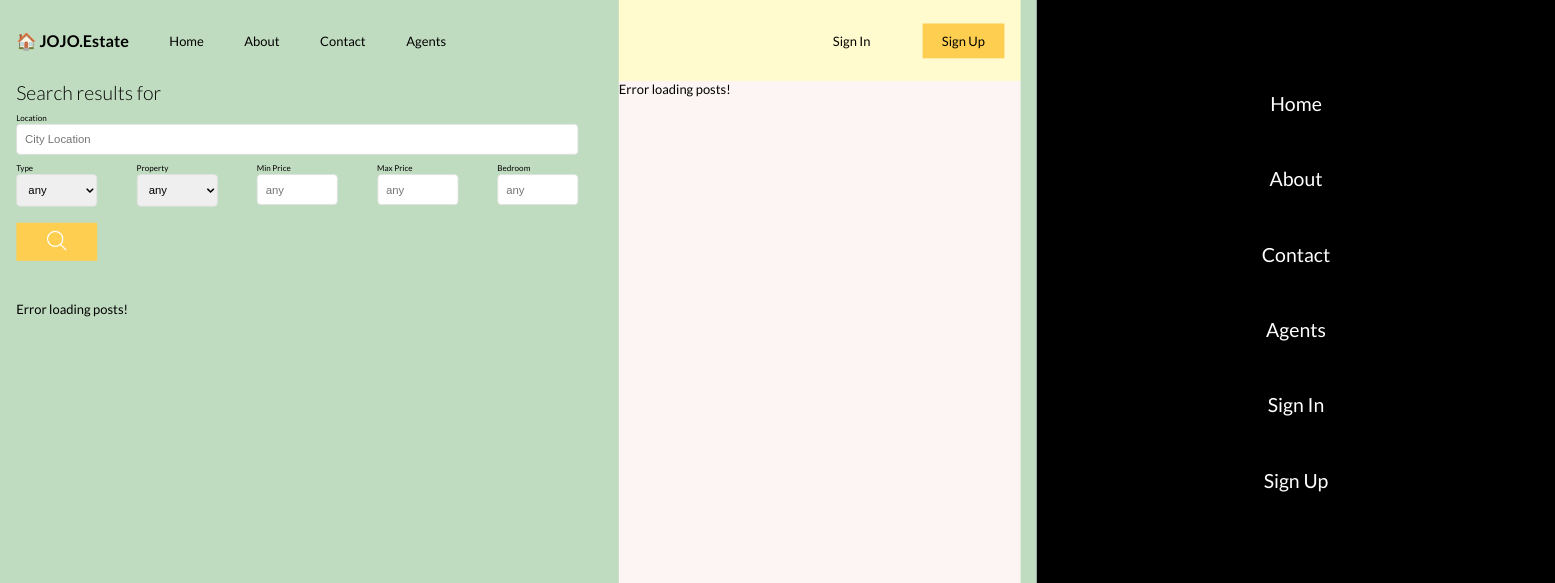
Repository: AiTrinh303/JOJO-estate
Page: /list
The author's editor kept a copy of each file at every save. The page is drawn from the files as they stood at one save, then again after the next save.
The browser window is 1280 px wide. The page is 1920 px wide, so the pictures cover 1920 px, including what lies to the right of the window. The pictures show the whole page, at 81% of full size.
The page's requests for data from a server got no answer. The project was rebuilt for these pictures with package versions that can differ from the ones it lists, and the page was loaded fresh each time. No one was signed in, and anything a server would have sent is missing. Also part of the build but not shown: vite.config.js, src/components/searchBar/searchBar.scss, src/components/searchBar/SearchBar.jsx, src/routes/homePage/homePage.scss, src/routes/homePage/homePage.jsx, src/components/card/card.scss, src/components/card/Card.jsx, src/components/map/map.scss and 21 more. Imported but missing from the stored project, and not drawn on this page: src/components/uploadWidget/UploadWidget.

Above is the page before, as saved 2024-08-06 22:18:09.

### index.html
<!DOCTYPE html>
<html lang="en">
  <head>
    <meta charset="UTF-8" />
    <link rel="icon" type="image/svg+xml" href="/logo.png" />
    <meta name="viewport" content="width=device-width, initial-scale=1.0" />
    <title>🏠JOJO Estate App</title>
    <meta name="description" content="Buy, Sell and Rent Properties" />
    <link
      href="https://fonts.googleapis.com/css2?family=Lato:ital,wght@0,100;0,300;0,400;0,700;0,900;1,100;1,300;1,400;1,700;1,900&display=swap"
      rel="stylesheet"
    />
  </head>
  <body>
    <div id="root"></div>
    <script type="module" src="/src/main.jsx"></script>
  </body>
</html>

### src/App.jsx
import HomePage from "./routes/homePage/homePage";
import { createBrowserRouter, RouterProvider } from "react-router-dom";
import ListPage from "./routes/listPage/listPage";
import { Layout, RequireAuth } from "./routes/layout/layout";
import SinglePage from "./routes/singlePage/singlePage";
import ProfilePage from "./routes/profilePage/profilePage";
import Login from "./routes/login/login";
import Register from "./routes/register/register";
import ProfileUpdatePage from "./routes/profileUpdatePage/profileUpdatePage";
import NewPostPage from "./routes/newPostPage/newPostPage";
import { listPageLoader, profilePageLoader, singlePageLoader } from "./lib/loaders";

function App() {
  const router = createBrowserRouter([
    {
      path: "/",
      element: <Layout />,
      children: [
        {
          path: "/",
          element: <HomePage />,
        },
        {
          path: "/list",
          element: <ListPage />,
          loader: listPageLoader,
        },
        {
          path: "/:id",
          element: <SinglePage />,
          loader: singlePageLoader,
        },
        {
          path: "/login",
          element: <Login />,
        },
        {
          path: "/register",
          element: <Register />,
        },
      ],
    },
    {
      path: "/",
      element: <RequireAuth />,
      children: [
        {
          path: "/profile",
          element: <ProfilePage />,
          loader: profilePageLoader
        },
        {
          path: "/profile/update",
          element: <ProfileUpdatePage />,
        },
        {
          path: "/add",
          element: <NewPostPage />,
        },
      ],
    },
  ]);

  return <RouterProvider router={router} />;
}

export default App;

### src/index.scss
*{
  padding: 0;
  margin: 0;
  box-sizing: border-box;
}

a {
  text-decoration: none;
  color: inherit;
}

body{
  font-family: "Lato", sans-serif;
  overflow: hidden;
  background-color: #bdcbee;

}

### src/routes/listPage/listPage.jsx
import "./listPage.scss";
import Filter from "../../components/filter/Filter";
import Card from "../../components/card/Card";
import Map from "../../components/map/Map";
import { Await, useLoaderData } from "react-router-dom";
import { Suspense } from "react";

function ListPage() {
  const data = useLoaderData();

  return (
    <div className="listPage">
      <div className="listContainer">
        <div className="wrapper">
          <Filter />
          <Suspense fallback={<p>Loading...</p>}>
            <Await
              resolve={data.postResponse}
              errorElement={<p>Error loading posts!</p>}
            >
              {(postResponse) =>
                postResponse.data.map((post) => (
                  <Card key={post.id} item={post} />
                ))
              }
            </Await>
          </Suspense>
        </div>
      </div>
      <div className="mapContainer">
        <Suspense fallback={<p>Loading...</p>}>
          <Await
            resolve={data.postResponse}
            errorElement={<p>Error loading posts!</p>}
          >
            {(postResponse) => <Map items={postResponse.data} />}
          </Await>
        </Suspense>
      </div>
    </div>
  );
}

export default ListPage;

### src/routes/layout/layout.jsx
import "./layout.scss";
import Navbar from "../../components/navbar/Navbar";
import { Navigate, Outlet } from "react-router-dom";
import { useContext } from "react";
import { AuthContext } from "../../context/AuthContext";

function Layout() {
  return (
    <div className="layout">
      <div className="navbar">
        <Navbar />
      </div>
      <div className="content">
        <Outlet />
      </div>
    </div>
  );
}

function RequireAuth() {
  const { currentUser } = useContext(AuthContext);

  if (!currentUser) return <Navigate to="/login" />;
  else {
    return (
      <div className="layout">
        <div className="navbar">
          <Navbar />
        </div>
        <div className="content">
          <Outlet />
        </div>
      </div>
    );
  }
}

export { Layout, RequireAuth };

### src/components/filter/Filter.jsx
import { useState } from "react";
import "./filter.scss";
import { useSearchParams } from "react-router-dom";

function Filter() {
  const [searchParams, setSearchParams] = useSearchParams();
  const [query, setQuery] = useState({
    type: searchParams.get("type") || "",
    city: searchParams.get("city") || "",
    property: searchParams.get("property") || "",
    minPrice: searchParams.get("minPrice") || "",
    maxPrice: searchParams.get("maxPrice") || "",
    bedroom: searchParams.get("bedroom") || "",
  });

  const handleChange = (e) => {
    setQuery({
      ...query,
      [e.target.name]: e.target.value,
    });
  };

  const handleFilter = () => {
    setSearchParams(query);
  };

  return (
    <div className="filter">
      <h1>
        Search results for <b>{searchParams.get("city")}</b>
      </h1>
      <div className="top">
        <div className="item">
          <label htmlFor="city">Location</label>
          <input
            type="text"
            id="city"
            name="city"
            placeholder="City Location"
            onChange={handleChange}
            defaultValue={query.city}
          />
        </div>
      </div>
      <div className="bottom">
        <div className="item">
          <label htmlFor="type">Type</label>
          <select
            name="type"
            id="type"
            onChange={handleChange}
            defaultValue={query.type}
          >
            <option value="">any</option>
            <option value="buy">Buy</option>
            <option value="rent">Rent</option>
          </select>
        </div>
        <div className="item">
          <label htmlFor="property">Property</label>
          <select
            name="property"
            id="property"
            onChange={handleChange}
            defaultValue={query.property}
          >
            <option value="">any</option>
            <option value="apartment">Apartment</option>
            <option value="house">House</option>
            <option value="condo">Condo</option>
            <option value="land">Land</option>
          </select>
        </div>
        <div className="item">
          <label htmlFor="minPrice">Min Price</label>
          <input
            type="number"
            id="minPrice"
            name="minPrice"
            placeholder="any"
            onChange={handleChange}
            defaultValue={query.minPrice}
          />
        </div>
        <div className="item">
          <label htmlFor="maxPrice">Max Price</label>
          <input
            type="text"
            id="maxPrice"
            name="maxPrice"
            placeholder="any"
            onChange={handleChange}
            defaultValue={query.maxPrice}
          />
        </div>
        <div className="item">
          <label htmlFor="bedroom">Bedroom</label>
          <input
            type="text"
            id="bedroom"
            name="bedroom"
            placeholder="any"
            onChange={handleChange}
            defaultValue={query.bedroom}
          />
        </div>
        <button onClick={handleFilter}>
          <img src="/search.png" alt="" />
        </button>
      </div>
    </div>
  );
}

export default Filter;

### src/routes/layout/layout.scss
@import "../../responsive.scss";

.layout {
  height: 100vh;
  max-width: 1366px;
  margin-left: auto;
  margin-right: auto;
  padding-left: 20px;
  padding-right: 20px;
  background: rgb(192, 220, 192);

  @include lg {
    max-width: 1280px;
  }

  @include md {
    max-width: 768px;
  }

  @include sm {
    max-width: 640px;
  }

  .content {
    // flex: 1;
    height: calc(100vh - 100px);
  }
}

### src/components/navbar/Navbar.jsx
import { useContext, useState } from "react";
import "./navbar.scss";
import { Link } from "react-router-dom";
import { AuthContext } from "../../context/AuthContext";
import { useNotificationStore } from "../../lib/notificationStore";

function Navbar() {
  const [open, setOpen] = useState(false);

  const { currentUser } = useContext(AuthContext);

  const fetch = useNotificationStore((state) => state.fetch);
  const number = useNotificationStore((state) => state.number);

  if(currentUser) fetch();

  return (
    <nav>
      <div className="left">
        <a href="/" className="logo">
          <span>🏠 JOJO.Estate</span>
        </a>
        <a href="/">Home</a>
        <a href="/">About</a>
        <a href="/">Contact</a>
        <a href="/">Agents</a>
      </div>

      <div className="right">
        <a href="/">Sign In</a>
        <a href="/" className="register">Sign Up</a>
        <div className="menuIcon">
          <img
            src="/menu.png"
            alt="menu"
            onClick={() => setOpen((prev) => !prev)}/>
        </div>
        <div className={open ? "menu active" : "menu"}>
          <a href="/">Home</a>
          <a href="/">About</a>
          <a href="/">Contact</a>
          <a href="/">Agents</a>
          <a href="/">Sign In</a>
          <a href="/">Sign Up</a>
        </div>
        {/* {currentUser ? (
          <div className="user">
            <img src={currentUser.avatar || "/noavatar.jpg"} alt="" />
            <span>{currentUser.username}</span>
            <Link to="/profile" className="profile">
              {number > 0 && <div className="notification">{number}</div>}
              <span>Profile</span>
            </Link>
          </div>
        ) : (
          <>
            <a href="/login">Sign in</a>
            <a href="/register" className="register">
              Sign up
            </a>
          </>
        )}
        <div className="menuIcon">
          <img
            src="/menu.png"
            alt=""
            onClick={() => setOpen((prev) => !prev)}
          />
        </div>
        <div className={open ? "menu active" : "menu"}>
          <a href="/">Home</a>
          <a href="/">About</a>
          <a href="/">Contact</a>
          <a href="/">Agents</a>
          <a href="/">Sign in</a>
          <a href="/">Sign up</a>
        </div> */}
      </div>
    </nav>
  );
}

export default Navbar;

### src/responsive.scss
@mixin sm {
  @media (max-width: 738px) {
    @content;
  }
};

@mixin md {
  @media (max-width: 1024px) {
    @content;
  }
};

@mixin lg {
  @media (max-width: 1366px) {
    @content;
  }
};

### src/components/filter/filter.scss
.filter {
  display: flex;
  flex-direction: column;
  gap: 10px;

  h1 {
    font-weight: 300;
    font-size: 24px;
  }

  .item {
    display: flex;
    flex-direction: column;
    gap: 2px;

    label {
      font-size: 10px;
    }

    input,
    select {
      width: 100px;
      padding: 10px;
      border: 1px solid #e0e0e0;
      border-radius: 5px;
      font-size: 14px;
    }
  }

  .top {
    input {
      width: 100%;
    }
  }

  .bottom {
    display: flex;
    justify-content: space-between;
    flex-wrap: wrap;
    gap: 20px;

    button {
      width: 100px;
      padding: 10px;
      border: none;
      cursor: pointer;
      background-color: #fece51;

      img {
        width: 24px;
        height: 24px;
      }
    }
  }
}

### src/components/navbar/navbar.scss
@import "../../responsive.scss";

nav {
  height: 100px;
  display: flex;
  justify-content: space-between;
  align-items: center;

  a {
    transition: all 0.4s ease;

    @include sm {
      display: none;
    }

    &:hover {
      scale: 1.08;
    }
  }

  .left {
    flex: 3;
    display: flex;
    align-items: center;
    gap: 50px;

    .logo {
      font-weight: bold;
      font-size: 20px;
      display: flex;
      align-items: center;
      gap: 3px;

      span {
        @include md {
          display: none;
        }

        @include sm {
          display: initial;
        }
      }
    }
  }
  .right {
    flex: 2;
    display: flex;
    align-items: center;
    justify-content: flex-end;
    background-color: #fffbce;
    ;
    height: 100%;

    @include md {
      background-color: transparent;
    }

    a {
      padding: 12px 24px;
      margin: 20px;
    }

    .user{
      display: flex;
      align-items: center;
      font-weight: bold;

      img{
        width: 40px;
        height: 40px;
        border-radius: 50%;
        object-fit: cover;
        margin-right: 20px;
      }

      span{
        @include sm{
          display: none;
        }
      }

      .profile{
        padding: 12px 24px;
        background-color: #fece51;
        cursor: pointer;
        border: none;
        position: relative;

        .notification{
          position: absolute;
          top: -8px;
          right: -8px;
          background-color: red;
          color: white;
          border-radius: 50%;
          width: 26px;
          height: 26px;
          display: flex;
          align-items: center;
          justify-content: center;
        }

      }
    }

    .register {
      background-color: #fece51;
    }

    .menuIcon {
      display: none;
      z-index: 999;

      img {
        width: 36px;
        height: 36px;
        cursor: pointer;
      }

      @include sm {
        display: inline;
      }
    }

    .menu {
      position: absolute;
      top: 0;
      right: -50%;
      background-color: black;
      color: white;
      height: 100vh;
      width: 50%;
      transition: all 1s ease;
      display: flex;
      flex-direction: column;
      align-items: center;
      justify-content: center;
      font-size: 24px;

      &.active {
        right: 0;
      }

      @include sm {
        a {
          display: initial;
        }
      }
    }
  }
}

Loaded but not shown: src/main.jsx (common file); src/context/AuthContext.jsx (common file); src/context/SocketContext.jsx (common file); src/lib/loaders.js (common file); src/routes/listPage/listPage.scss (common file); src/lib/apiRequest.js (common file); src/lib/notificationStore.js (common file)

After the next save:
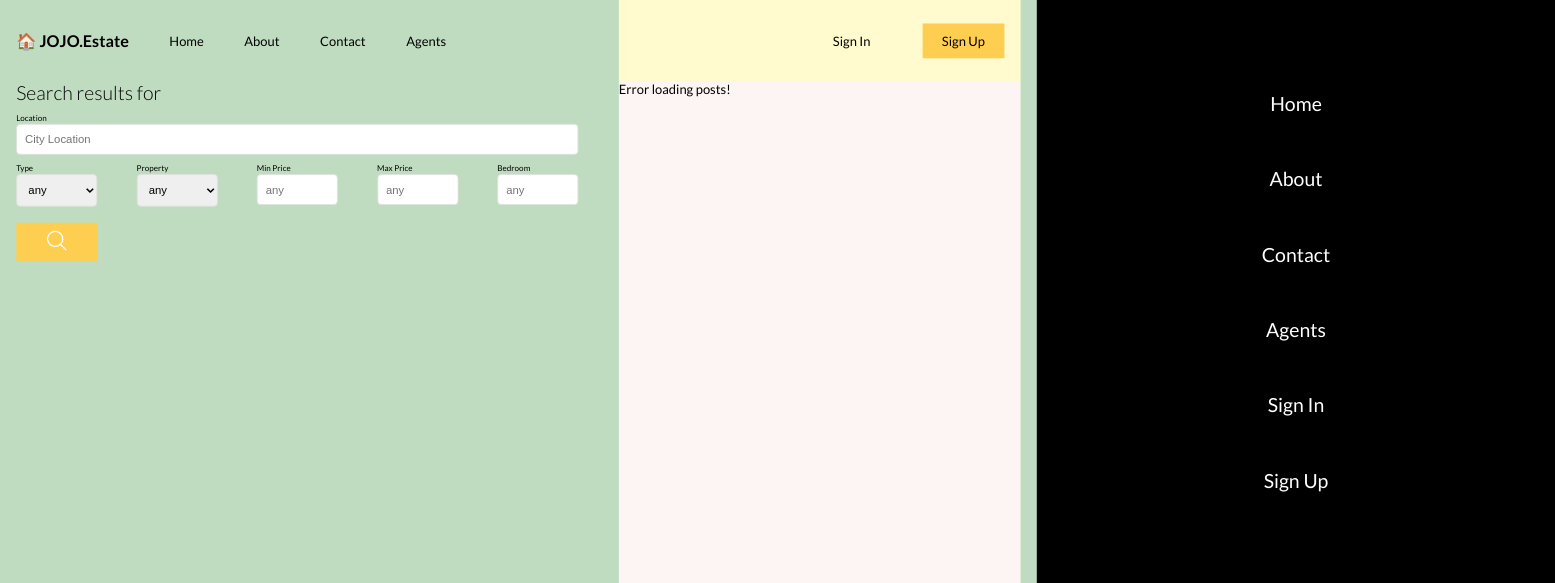
Saved 23 min 34 s later.
--- a/src/routes/listPage/listPage.jsx
+++ b/src/routes/listPage/listPage.jsx
@@ -13,7 +13,7 @@ function ListPage() {
       <div className="listContainer">
         <div className="wrapper">
           <Filter />
-          <Suspense fallback={<p>Loading...</p>}>
+          {/* <Suspense fallback={<p>Loading...</p>}>
             <Await
               resolve={data.postResponse}
               errorElement={<p>Error loading posts!</p>}
@@ -24,7 +24,7 @@ function ListPage() {
                 ))
               }
             </Await>
-          </Suspense>
+          </Suspense> */}
         </div>
       </div>
       <div className="mapContainer">
